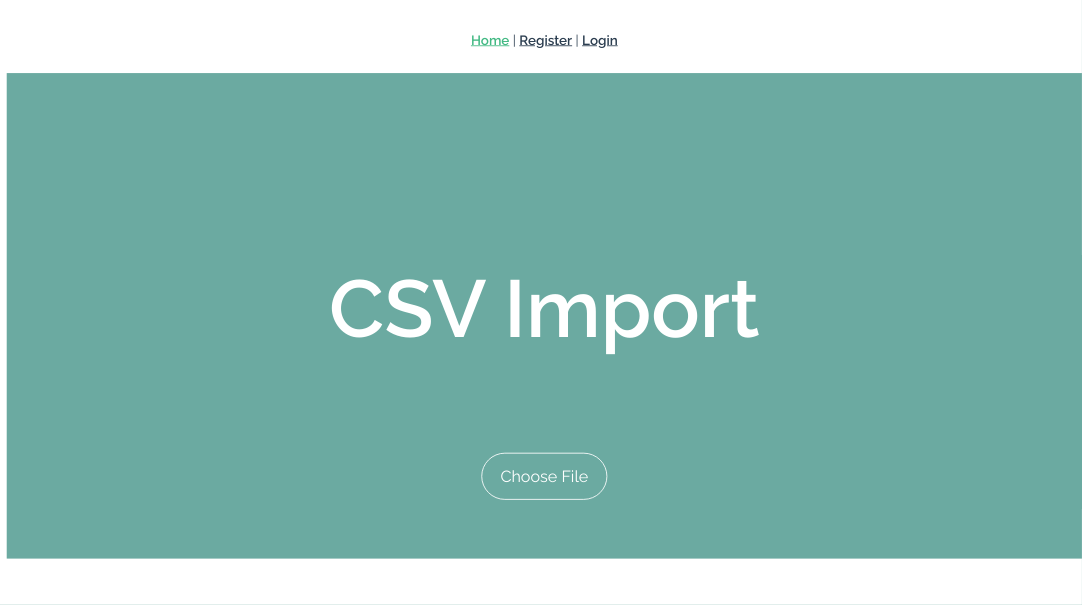
Repository: Flypr/licentaCSV
Page: /
These files come from the project's save history. The page is drawn as it stood at one moment and after the next save; the edit follows.
The browser window is 1280 px wide. The page is 1288 px wide, so the pictures cover 1288 px, including what lies to the right of the window. The pictures show the whole page, at 84% of full size.
The project was rebuilt for these pictures with package versions that can differ from the ones it lists, and the page was loaded fresh each time.

Above is the page before, as saved 2021-03-16 18:12:28.

### public/index.html
<!DOCTYPE html>
<html lang="">
  <head>
    <meta charset="utf-8">
    <meta http-equiv="X-UA-Compatible" content="IE=edge">
    <meta name="viewport" content="width=device-width,initial-scale=1.0">
    <link rel="icon" href="<%= BASE_URL %>favicon.ico">
    <title><%= htmlWebpackPlugin.options.title %></title>

    <link rel="preconnect" href="https://fonts.gstatic.com">
    <link
        href="https://fonts.googleapis.com/css2?family=Raleway:ital,wght@0,200;0,300;0,400;0,600;1,100;1,200;1,300;1,400&display=swap"
        rel="stylesheet">
    <!-- <link rel="stylesheet" type="text/css" href="../src/assets/style.css"> -->

  </head>
  <body>
    <noscript>
      <strong>We're sorry but <%= htmlWebpackPlugin.options.title %> doesn't work properly without JavaScript enabled. Please enable it to continue.</strong>
    </noscript>
    <div id="app"></div>
    <!-- built files will be auto injected -->
  </body>
</html>

### src/App.vue
<template>
  <div id="app">
    <Nav></Nav>
    <router-view />
  </div>
</template>

<script>
import Nav from '@/components/Nav'
export default {
  name: 'App',
  components: {
    Nav
  }
}
</script>

<style>
#app {
  font-family: Raleway, Helvetica, Arial, sans-serif;
  -webkit-font-smoothing: antialiased;
  -moz-osx-font-smoothing: grayscale;
  text-align: center;
  width: 100vw;
  color: #2c3e50;
  margin: 0;
  padding: 0;
}
</style>

### src/router/index.js
import Vue from "vue";
import VueRouter from "vue-router";

Vue.use(VueRouter);

const routes = [
  {
    path: "/",
    name: "Home",
    component: () =>
      import(/* webpackChunkName: "Home" */ "../views/Home.vue")
  },
  {
    path: "/register",
    name: "Register",
    component: () =>
      import(/* webpackChunkName: "register" */ "../views/Register.vue")
  },
  {
    path: "/login",
    name: "Login",
    component: () =>
      import(/* webpackChunkName: "login" */ "../views/Login.vue")
  }
];

const router = new VueRouter({
  mode: 'history',
  routes
});

export default router;

### src/components/Nav.vue
<template>
    <div id="nav">
      <router-link to="/">Home</router-link> |
      <router-link to="/register">Register</router-link> |
      <router-link to="/login">Login</router-link>
    </div>
</template>

<script>
export default {
    name: 'Nav'
}
</script>

<style scoped>
#nav {
  padding: 30px;
}

#nav a {
  font-weight: bold;
  color: #2c3e50;
}

#nav a.router-link-exact-active {
  color: #42b983;
}
</style>

### src/views/Home.vue
<template>
    <div class="container">
        <div class="row">
            <div class="title-text">
                <p>CSV Import</p>
            </div>
        </div>
        <div class="row file-btn">
            <label class="custom-file-upload">
                <input type="file" id="csv" name="csv_file" class="button-control" @change="loadCSV($event)">
                Choose File
            </label>
        </div>
        <table v-if="parse_csv">
            <thead>
                <tr>
                    <th v-for="key in parse_header"
                        @click="sortBy(key)"
                        :class="{ active: sortKey == key }"
                        :key="key"
                    >
                        {{ key | capitalize }}
                        <span class="arrow" :class="sortOrders[key] > 0 ? 'asc' : 'dsc'"></span>
                    </th>
                </tr>
            </thead>
            <tr v-for="csv in parse_csv" :key="csv">
                <td v-for="key in parse_header" :key="key">
                    {{ csv[key] }}
                </td>
            </tr>
        </table>
    </div>
</template>

<script>
export default {
    name: 'Home',
    data() {
        return {
            channel_name: '',
            channel_fields: [],
            channel_entries: [],
            parse_header: [],
            parse_csv: [],
            sortOrders:{},
            sortKey: '',
            result: []
        }
    },
    filters: {
      capitalize: function (str) {
        return str.charAt(0).toUpperCase() + str.slice(1)
      }
    },
    methods: {
      sortBy(key) {
        var vm = this
        vm.sortKey = key
        vm.sortOrders[key] = vm.sortOrders[key] * -1
      },
      csvJSON(csv){
        var vm = this
        var lines = csv.split("\n")
        var result = []
        var headers = lines[0].split(",")
        vm.parse_header = lines[0].split(",")
        lines[0].split(",").forEach(function (key) {
          vm.sortOrders[key] = 1
        })

        lines.map(function(line, indexLine){
          if (indexLine < 1) return // Jump header line

          var obj = {}
          var currentline = line.split(",")

          headers.map(function(header, indexHeader){
            obj[header] = currentline[indexHeader]
          })

          result.push(obj)
        })

        result.pop() // remove the last item because undefined values

        return result // JavaScript object
      },
      loadCSV(e) {
        var vm = this
        if (window.FileReader) {
          var reader = new FileReader();
          reader.readAsText(e.target.files[0]);
          // Handle errors load
          reader.onload = function(event) {
            var csv = event.target.result;
            vm.parse_csv = vm.csvJSON(csv)

          };
          reader.onerror = function(evt) {
            if(evt.target.error.name == "NotReadableError") {
              alert("Canno't read file !");
            }
          };
        } else {
          alert('FileReader are not supported in this browser.');
        }
      },

    }
}
</script>

<style scoped>
/* html,
body {
    margin: 0;
    padding: 0;
    font-size: 20px;
    font-family: Raleway, Arial, Helvetica, sans-serif;
} */

.container {
    width: 100vw;
    /* height: 100vw; */
    background-color: #6baaa1;
}

.title-text {
    padding-top: 10%;
    font-size: 600%;
    font-weight: 600;
    text-align: center;
    color: #fff;
}

.file-btn {
    padding: 20px;
    text-align: center;
}

input[type=file] {
    display: none;
}

.custom-file-upload,
.custom-file-upload:visited {
    border: 1px solid #fff;
    border-radius: 50px;
    display: inline-block;
    padding: 16px 22px;
    cursor: pointer;
    font-size: 120%;
    font-weight: 400;
    color: #fff;
    transition: background-color 0.2s, color 0.2s;
}

.custom-file-upload:hover {
    background-color: #fff;
    color: #6baaa1;
}

h1,
h2,
h3,
h4,
h5,
h6 {
    margin: 0;
}

table {
    border-collapse: collapse;
    margin: 50px auto;
}

thead {
    background-color: #fff;
    color: #6baaa1;
}

tbody {
    color: #fff;
}

td,
th {
    border: 1px solid #fff;
    text-align: left;
    padding: 16px 26px;
}
</style>

Loaded but not shown: src/main.js (common file); src/store/index.js (common file)

After the next save:
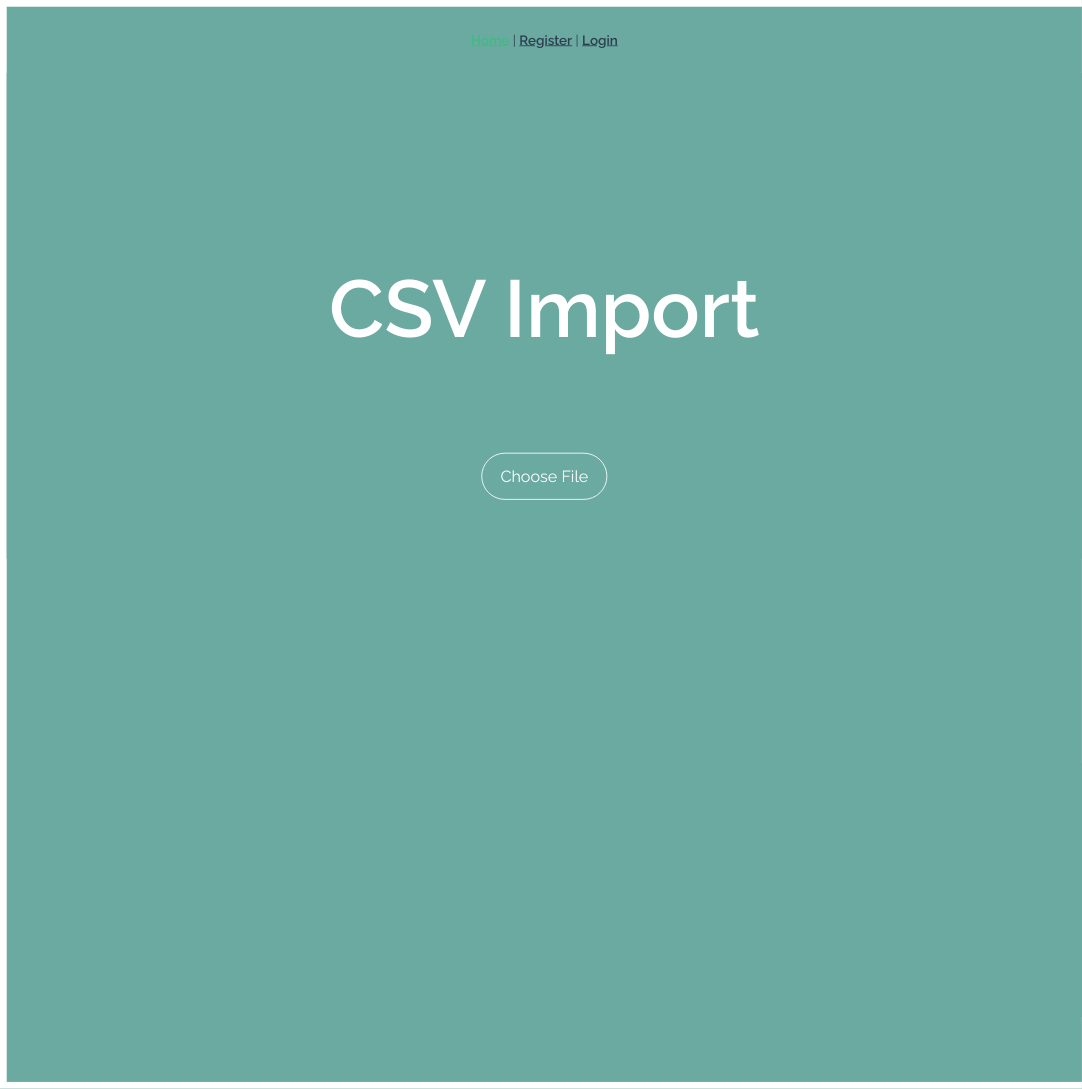
Saved 25 s later.
--- a/src/App.vue
+++ b/src/App.vue
@@ -22,6 +22,8 @@ export default {
   -moz-osx-font-smoothing: grayscale;
   text-align: center;
   width: 100vw;
+  height: 100vw;
+  background-color: #6baaa1;
   color: #2c3e50;
   margin: 0;
   padding: 0;
